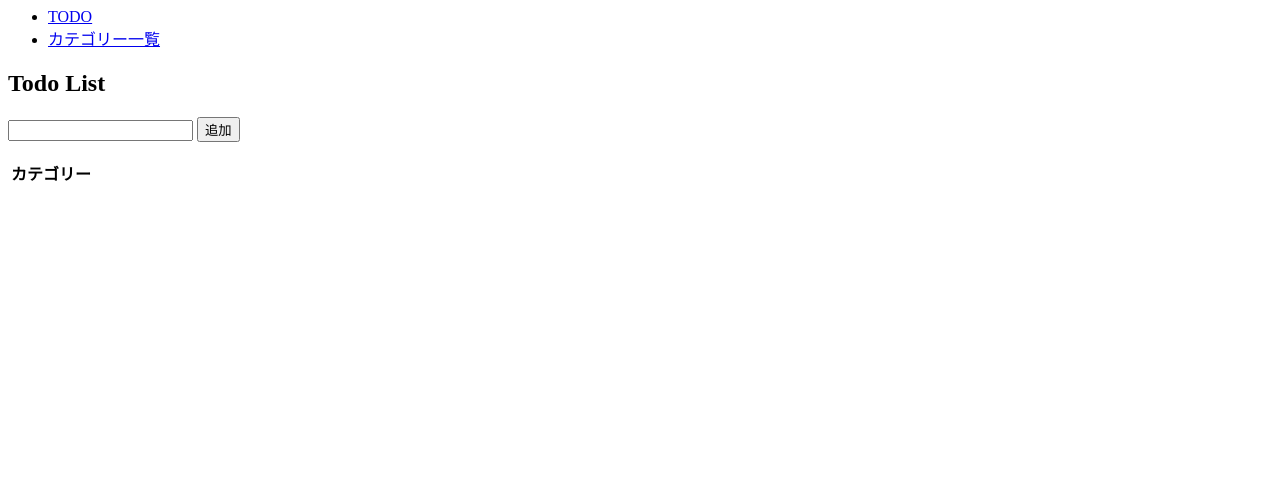
Repository: azuma2/cate
Page: http://localhost/cate
An editor plug-in stored every save of this project. The page is shown before and after the next save, followed by the edit.
The browser window is 1280 px wide. The pictures show the whole page.
The page is served by the project's Laravel application, run on PHP 8.4 with Laravel 8. Other server files are loaded and not shown. Queries for data that is not in the repository find no rows.

Above is the page before, as saved 2022-05-17 03:39:07.

### routes/web.php
<?php

use Illuminate\Support\Facades\Route;
use App\Http\Controllers\TodoController;
use App\Http\Controllers\CateController;


Route::get('/', [TodoController::class, 'index']);
Route::get('/cate', [CateController::class, 'index']);
Route::post('/todo/create', [TodoController::class, 'create']);
Route::post('/todo/update', [TodoController::class, 'update']);
Route::post('/todo/delete', [TodoController::class, 'remove']);
Route::post('/todo/search', [TodoController::class, 'search']);
Route::post('/cate/create', [CateController::class, 'create']);
Route::post('/cate/update', [CateController::class, 'update']);
Route::post('/cate/delete', [CateController::class, 'remove']);
Route::post('/cate/search', [CateController::class, 'search']);

### app/Http/Controllers/CateController.php
<?php

namespace App\Http\Controllers;

use App\Models\Todo;
use App\Models\Cate;
use Illuminate\Http\Request;
use Illuminate\Support\Facades\DB;

class CateController extends Controller
{
    public function index()
    {
        $items = Cate::all();
        $items = DB::select('select * from cates');
        return view('cate', ['items' => $items]);
    }

    public function create(Request $request)
    {
        $param = ['content' => $request->content,];
        $this->validate($request, Cate::$rules);
        DB::insert('insert into cates (content) values (:content)', $param);
        return redirect('/');
    }

    public function update(Request $request)
    {
         $param = [
            'id' => $request->id,
            'content' => $request->content,

        ];
        $this->validate($request, Cate::$rules);
        DB::update('update cates set content =:content where id =:id', $param);
        return redirect('/');
    }

    public function remove(Request $request)
    {
        $param = ['id' => $request->id];
        DB::delete('delete from cates where id =:id', $param);
        return redirect('/');
    }

}

### app/Models/cate.php
<?php


namespace App\Models;

use Illuminate\Database\Eloquent\Factories\HasFactory;
use Illuminate\Database\Eloquent\Model;
use App\Models\Todo;

class Cate extends Model
{
    use HasFactory;

    protected $fillable = ['content'];

    public static $rules = array(
        'content' => 'required|max:10',
    );

    public function todo(){
        return $this->belongsTo('App\Models\todo');
    }


}

### resources/views/cate.blade.php

<body>
  <header>
    <div class="head">
      <ul>
        <li class="head1"><a href="{{ url('/') }}">TODO</a></li>
        <li class="head2"><a href="{{ url('/cate') }}">カテゴリー一覧</a></li>
      </ul>
    </div>
  </header>
  <div class="container">
    <div class="card">
      <h2 class="title">Todo List</h2>
            <div class="todo">
              @if ($errors->has('content'))
                  <tr>
                    <th>ERROR</th>
                  <td>
                  {{$errors->first('content')}}
                </td>
            </tr>
          @endif
        <form action="/cate/create" method="post">
            @csrf
          <input type="text" class="input-add" name="content">
          <input class="button" type="submit" value="追加" />
        </form>
          <div class="narabe">
        <table>
            @csrf
          <tr>
            <th>カテゴリー</th>
          </tr>

                    <tr>
            @foreach ($items as $item)

            <td>

            </td>

            <form action="/cate/update" method="post">
              @csrf
              <td>
                <input type="text" class="input-update" value="{{$item->content}}" name="content" />
              </td>
              <td>
                <input type="hidden"  name="id" value="{{$item->id}}">
                <input class="button" type="submit" value="更新" >
              </td>
            </form>
            <td>
              <form action="/cate/delete" method="post" >
                    @csrf
                <input  type="hidden" name="id" value="{{$item->id}}" >
                <input class="button" type="submit" value="削除" >
              </form>
            </td>
            </div>
          </tr>
          @endforeach
        </table>
      </div>
    </div>
  </div>
  </div>

</body>
</html>

Loaded but not shown: app/Http/Controllers/Controller.php (common file)

After the next save:
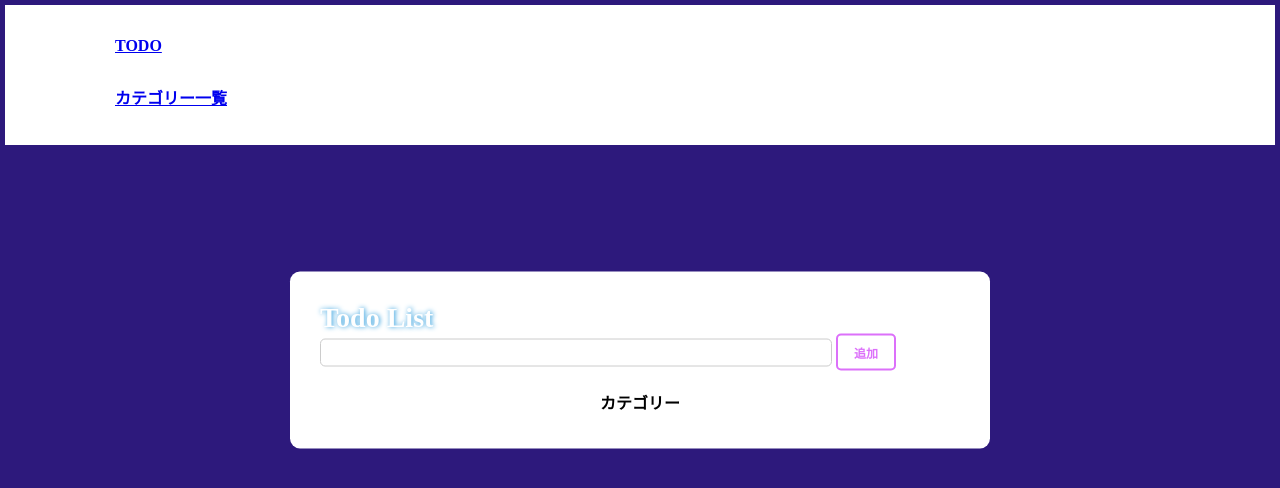
Saved 6 s later.
--- a/resources/views/cate.blade.php
+++ b/resources/views/cate.blade.php
@@ -1,4 +1,105 @@
+    <style>
+    body {
+      font-size:16px;
+      margin: 5px;
+      background-color: #2d197c;
+    }
 
+
+header{
+  padding-right:50px;
+  padding-left:50px;
+  padding-top:20px;
+  position: sticky;
+  left: 0;
+  top: 0;
+  background: #fff;
+}
+.head {
+  justify-content: space-between;
+  display: flex;
+  font-weight: bolder;
+  position: sticky;
+  bottom: 0;
+}
+
+.head1{
+  padding: 10px;
+  margin: 10px;
+}
+
+.head2{
+  padding: 10px;
+  margin: 10px;
+}
+
+ul{
+  list-style: none;
+  margin-top: -8px;
+}
+
+    td {
+      padding: 5px 10px;
+      text-align: center;
+    }
+
+    .narabe{
+      display:flex;
+      flex-flow: column;
+    }
+
+    .button {
+    text-align: left;
+    border: 2px solid #dc70fa;
+    font-size: 12px;
+    color: #dc70fa;
+    background-color: #fff;
+    font-weight: bold;
+    padding: 8px 16px;
+    border-radius: 5px;
+    cursor: pointer;
+    transition: 0.4s;
+    outline: none;
+}
+.input-add {
+    width: 80%;
+    padding: 5px;
+    border-radius: 5px;
+    border: 1px solid #ccc;
+    appearance: none;
+    font-size: 14px;
+    outline: none;
+}
+.input-update {
+    width: 90%;
+    padding: 5px;
+    border-radius: 5px;
+    border: 1px solid #ccc;
+    appearance: none;
+    font-size: 14px;
+    outline: none;
+}
+    .card {
+    background-color: #fff;
+    width: 50vw;
+    padding: 30px;
+    position: absolute;
+    top: 50%;
+    left: 50%;
+    transform: translate(-50%, -50%);
+    border-radius: 10px;
+}
+    h2 {
+      font-size:28px;
+      color:white;
+      text-shadow:1px 0 5px #289ADC;
+      margin-left: 1px;
+      margin: 0;
+    }
+    .content {
+      margin:10px;
+    }
+    </style>
 <body>
   <header>
     <div class="head">
